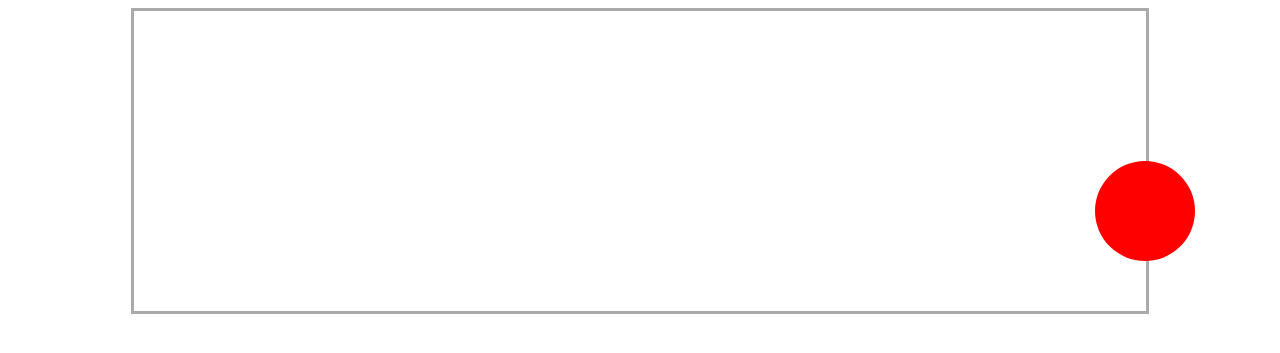
Repository: taoxiaofeng/hello-javascript
Page: demo/demo.html
An editor plug-in stored every save of this project. The page is shown before and after the next save, followed by the edit.
The browser window is 1280 px wide. The pictures show the whole page.

Above is the page before, as saved 2024-07-13 14:26:55.

### demo/demo.html
<!DOCTYPE html>
<html lang="en">
<head>
    <meta charset="UTF-8">
    <meta name="viewport" content="width=device-width, initial-scale=1.0">
    <title>Document</title>
    <style>
        .container {
            width: 80%;
            height: 300px;
            position: relative;
            border: 3px solid #aaa;
            margin: 0 auto;
        }
        .item {
            width: 100px;
            height: 100px;
            border-radius: 50%;
            background-color: red;
            position: absolute;
            top: 50%;
            left: 50px;
            animation: move 2s linear infinite;
        }

        @keyframes move {
            50% {
                /* calc(父元素的宽度 - 自身的宽度) ->  自身的宽度是100% -> calc(父元素的宽度 - 100%) */
                transform: translateX(calc(var(--w) - 100%));
            }
        }
    </style>
</head>
<body>
    <div class="container">
        <div class="item"></div>
    </div>

    <script>
        const container = document.querySelector('.container');
        const w = container.clientWidth;
        // 设置一个css变量
        container.style.setProperty('--w', w + 'px');
    </script>
</body>
</html>

After the next save:
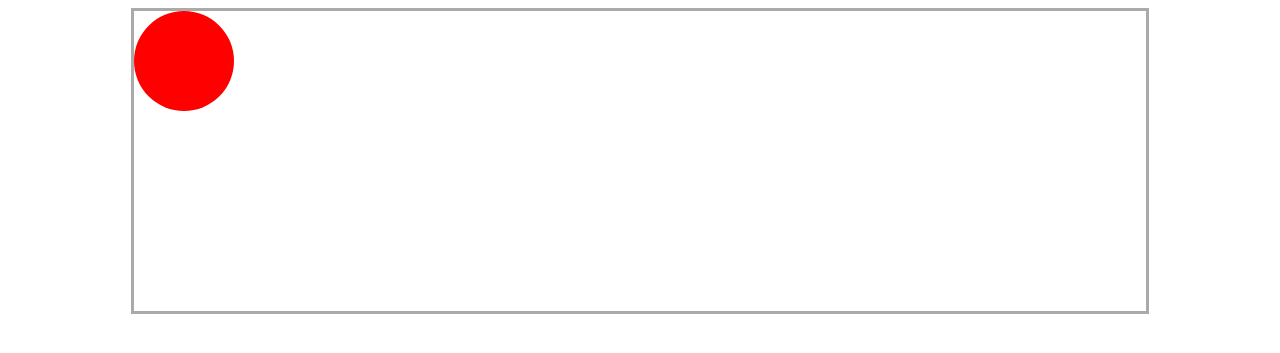
Saved 34 s later.
--- a/demo/demo.html
+++ b/demo/demo.html
@@ -18,8 +18,7 @@
             border-radius: 50%;
             background-color: red;
             position: absolute;
-            top: 50%;
-            left: 50px;
+            top: 30%
             animation: move 2s linear infinite;
         }
 
